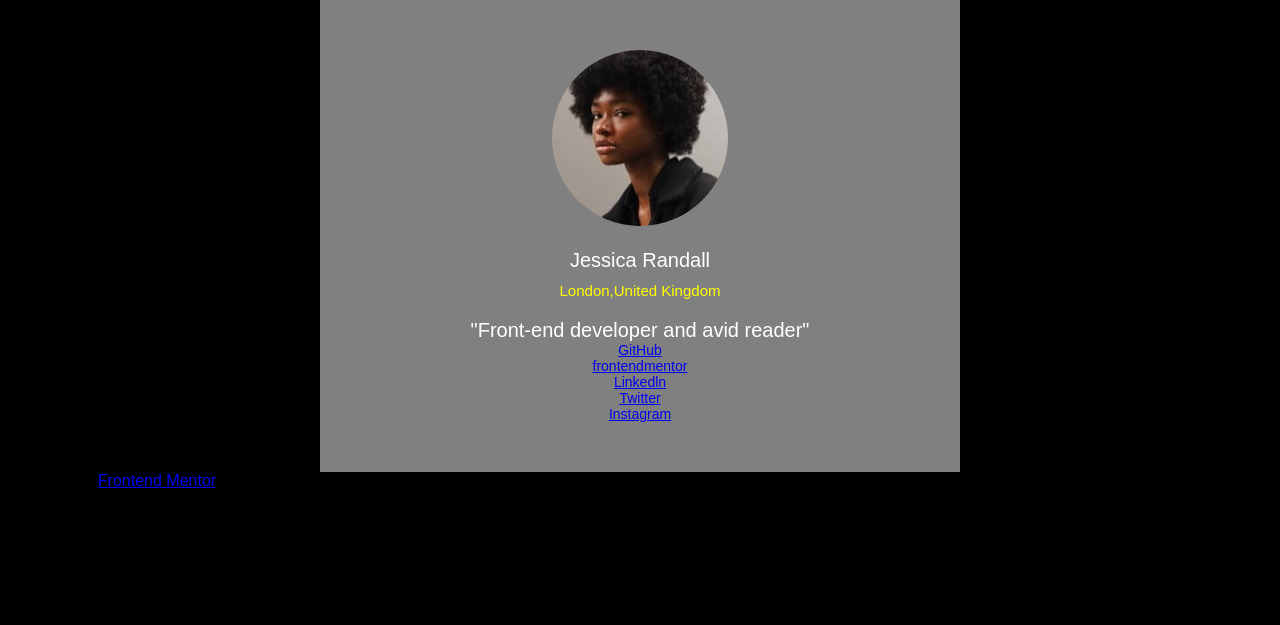
Repository: JosephAbatan05/Social-links-profile
Page: social-links-profile-main/index.html
The author's editor kept a copy of each file at every save. The page is drawn from the files as they stood at one save, then again after a run of saves.
The browser window is 1280 px wide. The pictures show the whole page.

Above is the page before, as saved 2025-01-25 11:01:10.

After the next 7 saves:
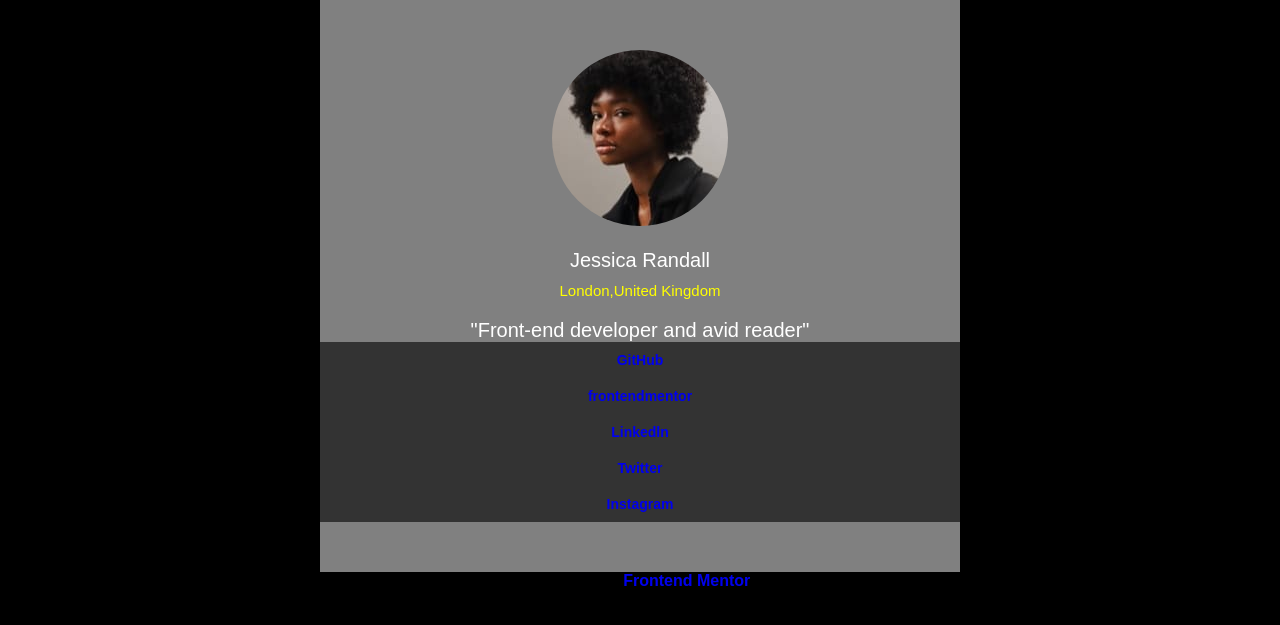
The 7 saves are shown as one change because they came seconds apart.
The last was saved 20 s later.
--- a/social-links-profile-main/styles.css
+++ b/social-links-profile-main/styles.css
@@ -58,7 +58,8 @@ img{
     display: flex;
     gap:15px;
     flex-direction: column;
-    background-color: ;
+    background-color: hsl(0,0%, 20%);
+}
  a{
     text-decoration: none;
     font-weight:600;
